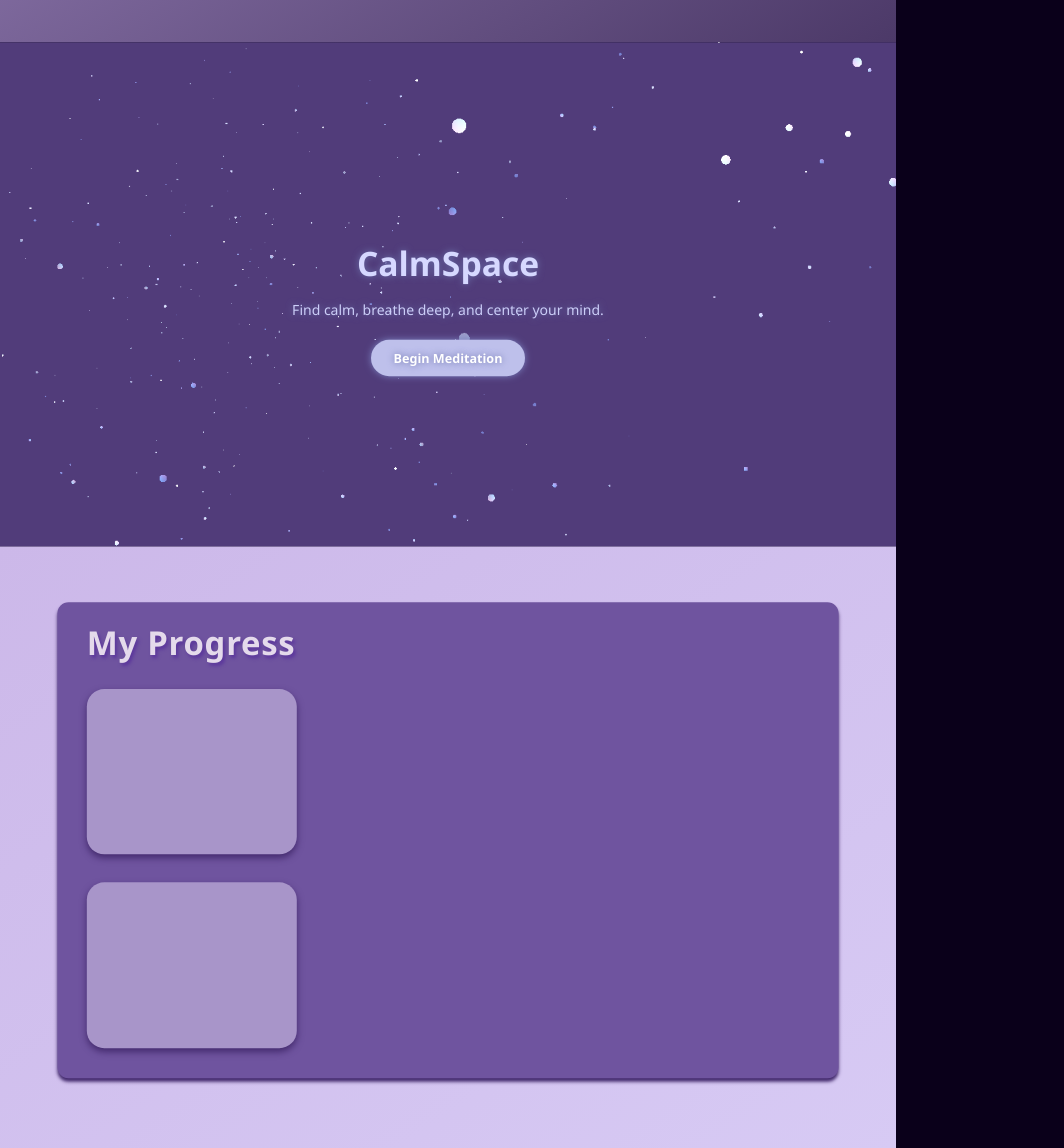
Repository: rujularaut/CogniCare
Page: /
These files come from the project's save history. The page is drawn as it stood at one moment and after the next save; the edit follows.
The browser window is 1280 px wide. The page is 1520 px wide, so the pictures cover 1520 px, including what lies to the right of the window. The pictures show the part of the page from y = 1489 to 3129 px (the page is 3129 px tall), at 70% of full size.
The project was rebuilt for these pictures with package versions that can differ from the ones it lists, and the page was loaded fresh each time. Also part of the build but not shown: src/components/RecallGame.js, src/components/ReactionGame.js, src/components/MeditationRoom.css, src/components/Signup.css, src/components/Signup.js, src/components/Login.css, src/components/Login.js, src/components/Stepper.css and 5 more.

Above is the page before, as saved 2025-06-27 14:23:04.

### public/index.html
<!DOCTYPE html>
<html lang="en">
  <head>
    <link href="https://fonts.googleapis.com/css2?family=Anton:wght@500&display=swap" rel="stylesheet">

    <meta charset="utf-8" />
    <link rel="icon" href="%PUBLIC_URL%/favicon.ico" />
    <meta name="viewport" content="width=device-width, initial-scale=1" />
    <meta name="theme-color" content="#000000" />
    <meta
      name="description"
      content="Web site created using create-react-app"
    />
    <link rel="apple-touch-icon" href="%PUBLIC_URL%/logo192.png" />
    <!--
      manifest.json provides metadata used when your web app is installed on a
      user's mobile device or desktop. See https://developers.google.com/web/fundamentals/web-app-manifest/
    -->
    <link rel="manifest" href="%PUBLIC_URL%/manifest.json" />
    <!--
      Notice the use of %PUBLIC_URL% in the tags above.
      It will be replaced with the URL of the `public` folder during the build.
      Only files inside the `public` folder can be referenced from the HTML.

      Unlike "/favicon.ico" or "favicon.ico", "%PUBLIC_URL%/favicon.ico" will
      work correctly both with client-side routing and a non-root public URL.
      Learn how to configure a non-root public URL by running `npm run build`.
    -->
    <title>React App</title>
  </head>
  <body>
    <noscript>You need to enable JavaScript to run this app.</noscript>
    <div id="root"></div>
    <!--
      This HTML file is a template.
      If you open it directly in the browser, you will see an empty page.

      You can add webfonts, meta tags, or analytics to this file.
      The build step will place the bundled scripts into the <body> tag.

      To begin the development, run `npm start` or `yarn start`.
      To create a production bundle, use `npm run build` or `yarn build`.
    -->
  </body>
</html>

### src/components/Progress.js
import React from 'react';
import './Progress.css';

const Progress = () => {
  return (
    <section className="progress-section" id="myprogress">

      <div className="progress-box">
  <div className="progress-header">
    <h2>My Progress</h2>
  </div>
  <div className="progress-content">
    <div className="left-panel">
      <div className="small-box"></div>
      <div className="small-box"></div>
    </div>
    <div className="main-area">
      {/* ... */}
    </div>
  </div>
</div>

    </section>
  );
};

export default Progress;

### src/App.css
body {
  margin: 0;
  padding: 0;
  font-family: 'Segoe UI', sans-serif;
  background-color: #0a001a;
  color: #d6d8ff;
}

nav {
  background-color: #412e69;
  color: #d6d8ff;
  display: flex;
  justify-content: space-between;
  align-items: center;
  padding: 10px 30px;
  box-shadow: 0 0 15px #a9b0ff20;
}

.logo {
  font-size: 24px;
  font-weight: bold;
  color: #d6d8ff;
  text-shadow: 0 0 6px #8b92d7;
}

nav ul {
  list-style: none;
  display: flex;
  gap: 24px;
  margin: 0;
  padding: 0;
}

nav ul li a {
  text-decoration: none;
  color: #c0c2e0;
  font-weight: 500;
  transition: color 0.3s ease;
}

nav ul li a:hover {
  color: #f7c258;
  text-shadow: 0 0 6px #a9b0ff;
}

header {
  background-color: #513c7a;
  padding: 5px;
  text-align: center;
  border-bottom: 6px solid #412e69;
}

h1 {
  margin-bottom: 10px;
  font-size: 45px;
  color: #d6d8ff;
  text-shadow: 0 0 10px #6c72ac;
}

p {
  font-size: 17px;
  color: #d6d8ff;
}

.floating-nav-vertical {
  position: fixed;
  top: 50%;
  left: 1rem;
  transform: translateY(-50%);
  display: flex;
  flex-direction: column;
  gap: 1rem;
  background-color: #a292c218;
  padding: 1rem;
  border-radius: 12px;
  z-index: 999;
  box-shadow: 0 4px 12px rgba(0, 0, 0, 0.25);
}

.floating-nav-vertical a {
  color: #3e2e63e7;
  font-size: 24px;
  margin: 12px 0;
  text-decoration: none;
  font-weight: 500;
  display: flex;
  align-items: center;
  gap: 6px;
  transition: color 0.2s, transform 0.2s;
  padding: 2px 5px;
  border-radius: 8px;
}

.floating-nav-vertical a:hover {
  color: #e7ddff; /* or your glow color */
  text-shadow: 0 0 6px #a9b0ff;
  transform: scale(1.2);
}

.floating-nav-vertical a:focus {
  outline: none;
}

.floating-nav-vertical a::after {
  content: attr(data-tooltip); /* 👈 sets tooltip from data-tooltip attribute */
  position: absolute;
  left: 130%; /* right of icon */
  top: 50%;
  transform: translateY(-50%);
  background-color: #513c7a;
  color: #fff;
  padding: 4px 8px;
  border-radius: 6px;
  white-space: nowrap;
  font-size: 12px;
  opacity: 0;
  pointer-events: none;
  transition: opacity 0.2s ease;
}

.floating-nav-vertical a:hover::after {
  opacity: 1;
}

### src/components/Welcome.js
import React from 'react';
import './Welcome.css';
import welcomeImg from '../assets/welcome.png';
import { Link } from 'react-router-dom';

const Welcome = () => {
  return (
    <section className="welcome">
      <div className="welcome-content">
        <img src={welcomeImg} alt="Welcome Illustration" className="welcome-img" />
        <Link to="/signup" className="start-btn">Get Started</Link> {/* ✅ Fixed */}
      </div>
    </section>
  );
};

export default Welcome;

### src/components/Meditation.js
import React from 'react';
import Particles from './Particles';
import './Meditation.css';
import { Link } from 'react-router-dom';
import './MeditationRoom.css';


const Meditation = () => {
  return (
    <section className="meditation-section">
      <Particles
        particleColors={['#cdd0fc', '#a9b0ff']}
        particleCount={680}
        particleSpread={11}
        speed={0.1}
        particleBaseSize={100}
        moveParticlesOnHover={false}
        alphaParticles={false}
      />
      <div className="meditation-content">
        <h2>CalmSpace</h2>
        <p>Find calm, breathe deep, and center your mind.</p>
        <Link to="/meditationroom" className="meditate-btn">Begin Meditation</Link>
      </div>
    </section>
  );
};

export default Meditation;

### src/components/MindPlay.js
import React, { useRef } from 'react';
import './MindPlay.css';
import DecryptedText from './DecryptedText';
import { motion, useInView } from 'framer-motion';
import TiltedCard from './TiltedCard';
import recallImg from '../assets/recall.png';
import reactionImg from '../assets/reaction.png';
import { useNavigate } from 'react-router-dom';

const MindPlay = () => {
  const ref = useRef(null);
  const isInView = useInView(ref, { once: true, margin: '-100px' });
  const navigate = useNavigate();

  return (
    <section className="mindplay-section" id="mindplay" ref={ref}>
      <div className="mindplay-heading">
        <motion.div
          initial={{ opacity: 0, y: 40 }}
          animate={isInView ? { opacity: 1, y: 0 } : {}}
          transition={{ duration: 1.2, ease: 'easeOut' }}
        >
          <DecryptedText
            text="MINDPLAY"
            animateOn="view"
            revealDirection="center"
            speed={200}
            maxIterations={60}
            sequential={true}
            className="revealed"
            encryptedClassName="encrypted"
          />
        </motion.div>
      </div>

      <div className="mindplay-cards">
        <div className="card-with-text">
        <TiltedCard
          imageSrc={recallImg}
          altText="Number Recall Game"
          captionText="Click to play"
          containerHeight="350px"
          containerWidth="320px"
          imageHeight="350px"
          imageWidth="300px"
          rotateAmplitude={12}
          scaleOnHover={1.1}
          showTooltip={true}
          displayOverlayContent={true}
          overlayContent={<p className="tilted-card-demo-text">Number Recall</p>}
          onClick={() => navigate('/recall')}

        />
        <p className="card-description">Quick! Memorize the numbers and tap them in order before time runs out. Levels get trickier—can you keep up?</p>
  </div>


  <div className="card-with-text">
        <TiltedCard
          imageSrc={reactionImg}
          altText="Reaction Game"
          captionText="Click to play"
          containerHeight="350px"
          containerWidth="320px"
          imageHeight="350px"
          imageWidth="300px"
          rotateAmplitude={12}
          scaleOnHover={1.1}
          showTooltip={true}
          displayOverlayContent={true}
          overlayContent={<p className="tilted-card-demo-text">Focus Flick</p>}
          onClick={() => navigate('/reaction')}
        />
        <p className="card-description">See a circle? Tap fast! You’ve got 3 lives, and every miss costs one. How long can you keep up?</p>

      </div>
    </div>
    </section>
  );
};

export default MindPlay;

### src/components/Progress.css
.progress-section {
  min-height: auto; /* Optional: remove full-height */
  padding: 40px 20px 60px; /* Top padding reduced from 130px to 40px */
  background: linear-gradient(to bottom right, #ccb8e9, #d7caf4);
  color: #3f1262;
  text-align: center;
  display: flex;
  flex-direction: column;
  align-items: center;
  justify-content: flex-start; /* Change to flex-start so it stacks from top */
}

.progress-box h2 {
  font-size: 45px;           /* Or any size you prefer */
  color: #e5d5ff;            /* Change text color */
  margin: 30px 0 0 35px;     /* Top and left margin for positioning */
  text-shadow: 2px 0px 2px #a582e1; /* Adds depth to the text */
  font-weight: 700;          /* Bold */
  letter-spacing: 1px;
}

.progress-box {
  position: relative;
  margin: 40px auto;
  width: 90%;
  max-width: 1200px;
  height: 680px;
  background-color: #6f549f;
  border-radius: 16px;
  box-shadow: 0px 5px 5px #42296c;
  display: flex;
  align-items: stretch;
  justify-content: flex-start;
  font-size: 20px;
  color: #cfc1e6;
  font-weight: 600;
  overflow: hidden;
  flex-direction: column;
}

.progress-header {
  align-self: flex-start;
}

.progress-header h2 {
  font-size: 47px;
  color: #e4daeb;
  margin: 25px 0 0 42px;
  text-shadow: 3px 4px 5px #5b369c;
  font-weight: 700;
  letter-spacing: 1px;
}

.left-panel {
  display: flex;
  flex-direction: column;
  width: 280px; /* You can adjust width */
  height: 94%; /* Full height of .progress-box */
  gap: 40px;
  margin-left: -225px;
  margin-top: 30px;
  padding: 5px;
  box-sizing: border-box;
}

/* Small boxes inside the left panel */
.small-box {
  flex: 1; /* Make both take 50% height of panel */
  background-color: #a895c9;
  box-shadow: 0px 5px 10px #42296c;
  border-radius: 25px;
  padding: 20px;
  color: #fff;
  display: flex;
  align-items: left;
  justify-content: left;
  margin-left: -30px;
}

/* Optional: Remaining space in the progress box */
.main-area {
  flex: 1;
  padding: 20px;
  /* Add more styles as needed */
}

.progress-content {
  display: flex;
  flex: 1;
  margin-left: 292px;
  margin-bottom: 35px;
}

### src/components/Welcome.css
.welcome {
  height: 70vh;
  display: flex;
  align-items: center;
  justify-content: center;
  background: linear-gradient(to bottom right, #f8f1fd, #d2caf4);
  text-align: center;
  padding: 10px;
}

.welcome-content {
  display: flex;
  flex-direction: row;
  align-items: center;
  gap: 220px;
}

.welcome-img {
  max-width: 520px;
  width: 100%;
  height: auto;
  animation: fadeIn 1.5s ease;
}

.start-btn {
  background-color: #5a4386;
  color: #f8f1fd;
  padding: 16px 40px;
  border-radius: 30px;
  text-decoration: none;
  font-weight: bold;
  font-size: 20px;
  transition: background-color 0.3s ease, transform 0.2s ease;
  box-shadow: 0 0 20px #cab0ff;
}

.start-btn:hover {
  background-color: #fbb967;
  transform: scale(1.05);
}

@keyframes fadeIn {
  from { opacity: 0; transform: translateY(20px); }
  to { opacity: 1; transform: translateY(0); }
}

### src/components/Meditation.css
.meditation-section {
  position: relative;
  width: 100%;
  height: 100vh;
  overflow: hidden;
  background-color: #513c7a;
  display: flex;
  justify-content: center;
  align-items: center;
  text-align: center;
}

.meditation-content {
  position: relative;
  z-index: 1;
  color: #d6d8ff;
  text-shadow: 0 0 10px #6c72ac;
}

.meditation-content h2 {
  font-size: 48px;
  margin-bottom: 10px;
}

.meditation-content p {
  font-size: 20px;
  margin-bottom: 30px;
  color: #cccef8;
}


.meditate-btn {
  text-decoration: none;
  color: #fff;
  background-color: #bec0eb;
  padding: 14px 32px;
  border-radius: 30px;
  font-size: 18px;
  font-weight: bold;
  box-shadow: 0 0 10px #7b82c0;
  transition: background-color 0.3s ease, transform 0.2s ease;
  display: inline-block;
}

.meditate-btn:hover {
  background-color: #dcdeff;
  color: #744fab;
  transform: scale(1.05);
  text-decoration: none;
}

### src/components/MindPlay.css
.mindplay-section {
  padding: 80px 40px;
  background: linear-gradient(to bottom right, #a790c8, #4c3968);
  color: #e1c3f8;
  position: relative;
  min-height: 90vh;
  text-align: center;
}

.mindplay-heading {
  width: 100%;
  text-align: center;
  margin-top: -80px;
  margin-bottom: 60px;
  margin-left: 40px;
}

.mindplay-layout {
  display: flex;
  align-items: center;
  justify-content: center;
  gap: 80px;
  flex-wrap: wrap;
  min-height: 70vh;
}

.vertical-decrypt {
  writing-mode: vertical-rl;
  text-orientation: upright;
  font-family: 'Anton', sans-serif;
  font-size: 50px;
  font-weight: 900;
  letter-spacing: 0px;
  line-height: 1.2;
  color: #412e69;
  text-shadow: 0 0 15px #d2c7ec;
  cursor: pointer;
  display: flex;
  align-items:center;
  justify-content:center;
  height: 80vh;
  padding: 0px 10px;
  margin-bottom: 20px;
}

.mindplay-cards {
  display: flex;
  gap: 200px;
  flex-wrap: wrap;
  justify-content: center;
  align-items: flex-start;
}


.revealed {
  font-size: 120px;
  text-align: center;
  letter-spacing: 100px;
  font-weight: 900;
  color: #3a1357;
  text-shadow: 0 5px 0 #665590;
}

.encrypted {
  font-size: 120px;
  font-weight: 900;
  letter-spacing: 100px;
  color: #cdbcf2;
  opacity: 0.5;
}

.tilted-card-demo-text {
  font-size: 18px;
  color: #ffffff;
  background-color: rgba(81, 60, 122, 0.9);
  padding: 8px 12px;
  border-radius: 10px;
  text-align: center;
}

.card-with-text {
  display: flex;
  flex-direction: column;
  align-items: center;
  max-width: 350px;
  text-align: center;
}

.card-description {
  margin-top: 12px;
  margin-right: 20px;
  font-size: 16px;
  font-weight: 500;
  color: #3d0d61;
  background-color: #dfccf2cc;
  padding: 10px 14px;
  border-radius: 12px;
  box-shadow: 0 8px 0px rgba(38, 10, 67, 0.2);
}

### src/components/TiltedCard.js
import './TiltedCard.css';

import { useRef, useState } from "react";
import { motion, useMotionValue, useSpring } from "framer-motion";
import "./TiltedCard.css";

const springValues = {
  damping: 30,
  stiffness: 100,
  mass: 2,
};

export default function TiltedCard({
  imageSrc,
  altText = "Tilted card image",
  captionText = "",
  containerHeight = "300px",
  containerWidth = "100%",
  imageHeight = "300px",
  imageWidth = "300px",
  scaleOnHover = 1.1,
  rotateAmplitude = 14,
  showMobileWarning = true,
  showTooltip = true,
  overlayContent = null,
  displayOverlayContent = false,
  onClick,
}) {

  const ref = useRef(null);

  const x = useMotionValue();
  const y = useMotionValue();
  const rotateX = useSpring(useMotionValue(0), springValues);
  const rotateY = useSpring(useMotionValue(0), springValues);
  const scale = useSpring(1, springValues);
  const opacity = useSpring(0);
  const rotateFigcaption = useSpring(0, {
    stiffness: 350,
    damping: 30,
    mass: 1,
  });

  const [lastY, setLastY] = useState(0);

  function handleMouse(e) {
    if (!ref.current) return;

    const rect = ref.current.getBoundingClientRect();
    const offsetX = e.clientX - rect.left - rect.width / 2;
    const offsetY = e.clientY - rect.top - rect.height / 2;

    const rotationX = (offsetY / (rect.height / 2)) * -rotateAmplitude;
    const rotationY = (offsetX / (rect.width / 2)) * rotateAmplitude;

    rotateX.set(rotationX);
    rotateY.set(rotationY);

    x.set(e.clientX - rect.left);
    y.set(e.clientY - rect.top);

    const velocityY = offsetY - lastY;
    rotateFigcaption.set(-velocityY * 0.6);
    setLastY(offsetY);
  }

  function handleMouseEnter() {
    scale.set(scaleOnHover);
    opacity.set(1);
  }

  function handleMouseLeave() {
    opacity.set(0);
    scale.set(1);
    rotateX.set(0);
    rotateY.set(0);
    rotateFigcaption.set(0);
  }

  return (
    <figure
      ref={ref}
      onClick={onClick}
      className="tilted-card-figure"
      style={{
        height: containerHeight,
        width: containerWidth,
        cursor: 'pointer',
      }}
      onMouseMove={handleMouse}
      onMouseEnter={handleMouseEnter}
      onMouseLeave={handleMouseLeave}
    >
      {showMobileWarning && (
        <div className="tilted-card-mobile-alert">
          This effect is not optimized for mobile. Check on desktop.
        </div>
      )}

      <motion.div
        className="tilted-card-inner"
        style={{
          width: imageWidth,
          height: imageHeight,
          rotateX,
          rotateY,
          scale,
        }}
      >
        <motion.img
          src={imageSrc}
          alt={altText}
          className="tilted-card-img"
          style={{
            width: imageWidth,
            height: imageHeight,
          }}
        />

        {displayOverlayContent && overlayContent && (
          <motion.div
            className="tilted-card-overlay"
          >
            {overlayContent}
          </motion.div>
        )}
      </motion.div>

      {showTooltip && (
        <motion.figcaption
          className="tilted-card-caption"
          style={{
            x,
            y,
            opacity,
            rotate: rotateFigcaption,
          }}
        >
          {captionText}
        </motion.figcaption>
      )}
    </figure>
  );
}

### src/components/Particles.css
.particles-container {
  position: absolute;
  width: 100%;
  height: 100%;
  z-index: 0;
}

### src/components/TiltedCard.css
.tilted-card-figure {
  position: relative;
  width: 100%;
  height: 100%;
  perspective: 800px;
  display: flex;
  flex-direction: column;
  align-items: top;
  justify-content: center;
}

.tilted-card-mobile-alert {
  position: absolute;
  top: 1rem;
  text-align: center;
  font-size: 0.875rem;
  display: none;
}

@media (max-width: 640px) {
  .tilted-card-mobile-alert {
    display: block;
  }
  .tilted-card-caption {
    display: none;
  }
}

.tilted-card-inner {
  position: relative;
  transform-style: preserve-3d;
}

.tilted-card-img {
  position: absolute;
  top: 50;
  left: 0;
  object-fit: cover;
  border-radius: 20px;
  will-change: transform;
  transform: translateZ(0);
  box-shadow: 0 10px 15px #31224e;

}

.tilted-card-img:hover {
  filter: brightness(1.1) saturate(1.2);
  box-shadow: 0 0 15px #ffdca3;
  transition: all 0.3s ease;
}


.tilted-card-overlay {
  position: absolute;
  top: 0;
  left: 0;
  z-index: 2;
  will-change: transform;
  transform: translateZ(30px);
}

.tilted-card-caption {
  pointer-events: none;
  position: absolute;
  left: 0;
  top: 0;
  border-radius: 4px;
  background-color: #745f99;
  padding: 4px 10px;
  font-size: 15px;
  color: #f6eaff;
  opacity: 0;
  z-index: 3;
}

Loaded but not shown: src/index.js (common file); src/index.css (common file); src/components/Particles.js (230 lines, source omitted); src/components/DecryptedText.js (225 lines, source omitted); src/App.js (128 lines, source omitted)

After the next save:
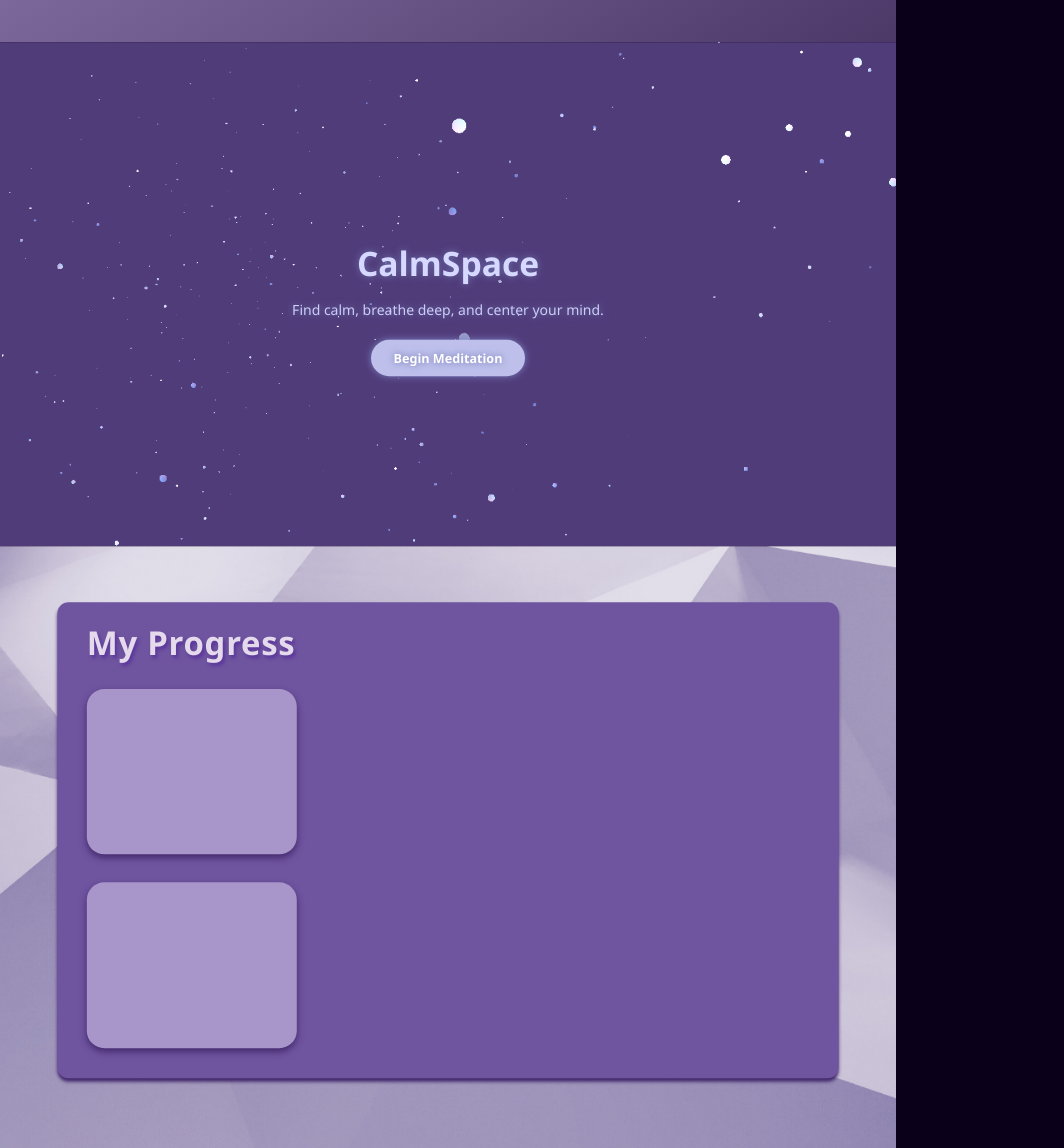
Saved 14 min 35 s later.
--- a/src/components/Progress.css
+++ b/src/components/Progress.css
@@ -1,9 +1,11 @@
 .progress-section {
   min-height: auto; /* Optional: remove full-height */
   padding: 40px 20px 60px; /* Top padding reduced from 130px to 40px */
-  background: linear-gradient(to bottom right, #ccb8e9, #d7caf4);
+  background: url('../assets/progress-bg.png') no-repeat center center;
+  background-size: cover;
   color: #3f1262;
   text-align: center;
+  position: relative;
   display: flex;
   flex-direction: column;
   align-items: center;
